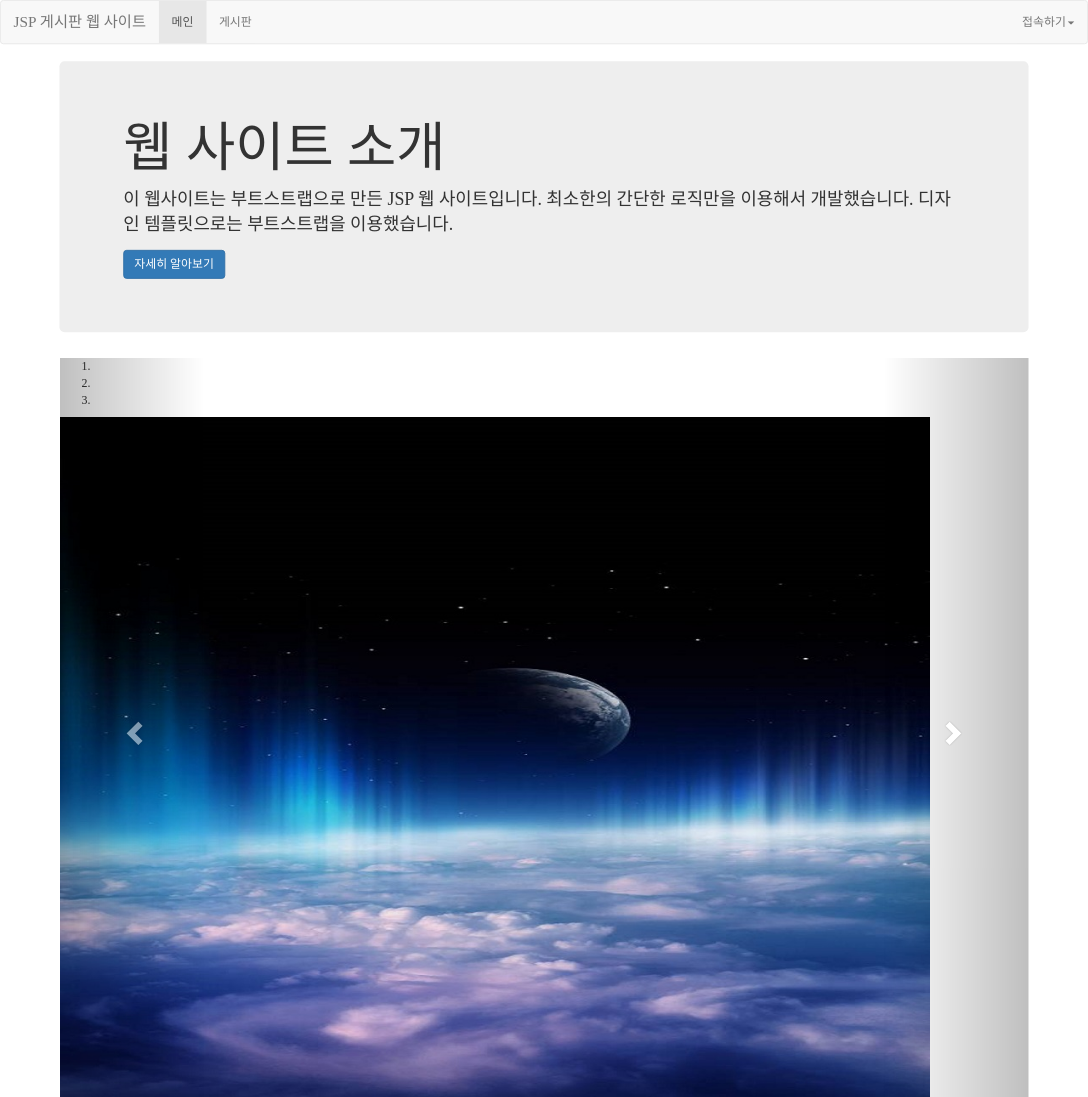
Repository: kkdk1116/JSP_Test
Page: http://localhost/BBS/main.jsp
The author's editor kept a copy of each file at every save. The page is drawn from the files as they stood at one save, then again after the next save.
The browser window is 1280 px wide. The pictures show the whole page, at 85% of full size.
Some web fonts or font styles are not loaded; a fallback is used. Some web libraries are served in a nearby version. The page is served by Tomcat 9.

Above is the page before, as saved 2022-03-12 07:21:22.

After the next save:
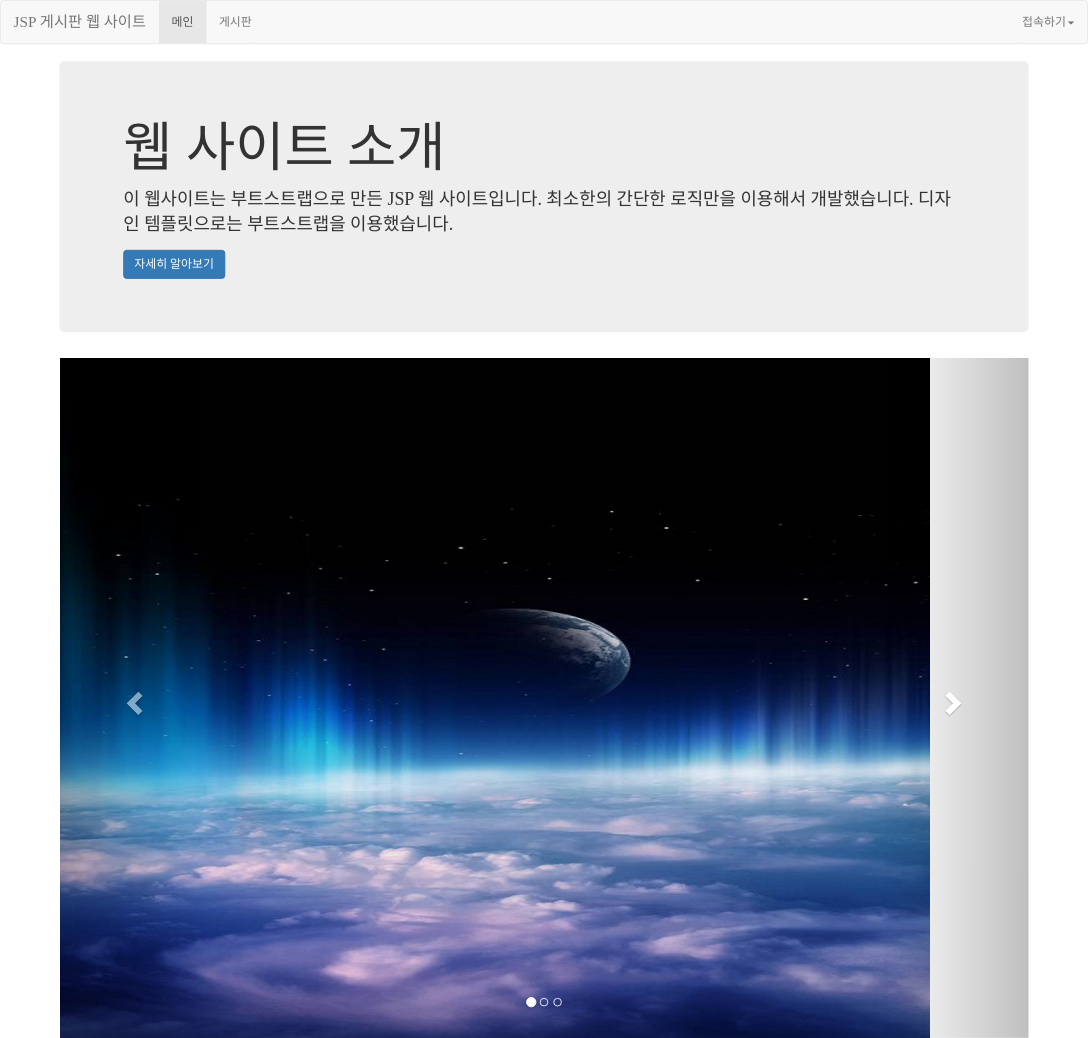
Saved 112 s later.
--- a/BBS/WebContent/main.jsp
+++ b/BBS/WebContent/main.jsp
@@ -77,7 +77,7 @@
 	</div>
 	<div class="container">
 		<div id="myCarousel" class="carousel slide" data-ride="Carousel">
-			<ol class="Carousel-indicators">
+			<ol class="carousel-indicators">
 				<li data-target="#Carousel" data-slide-to="0" class="active"></li>
 				<li data-target="#Carousel" data-slide-to="1"></li>
 				<li data-target="#Carousel" data-slide-to="2"></li>
